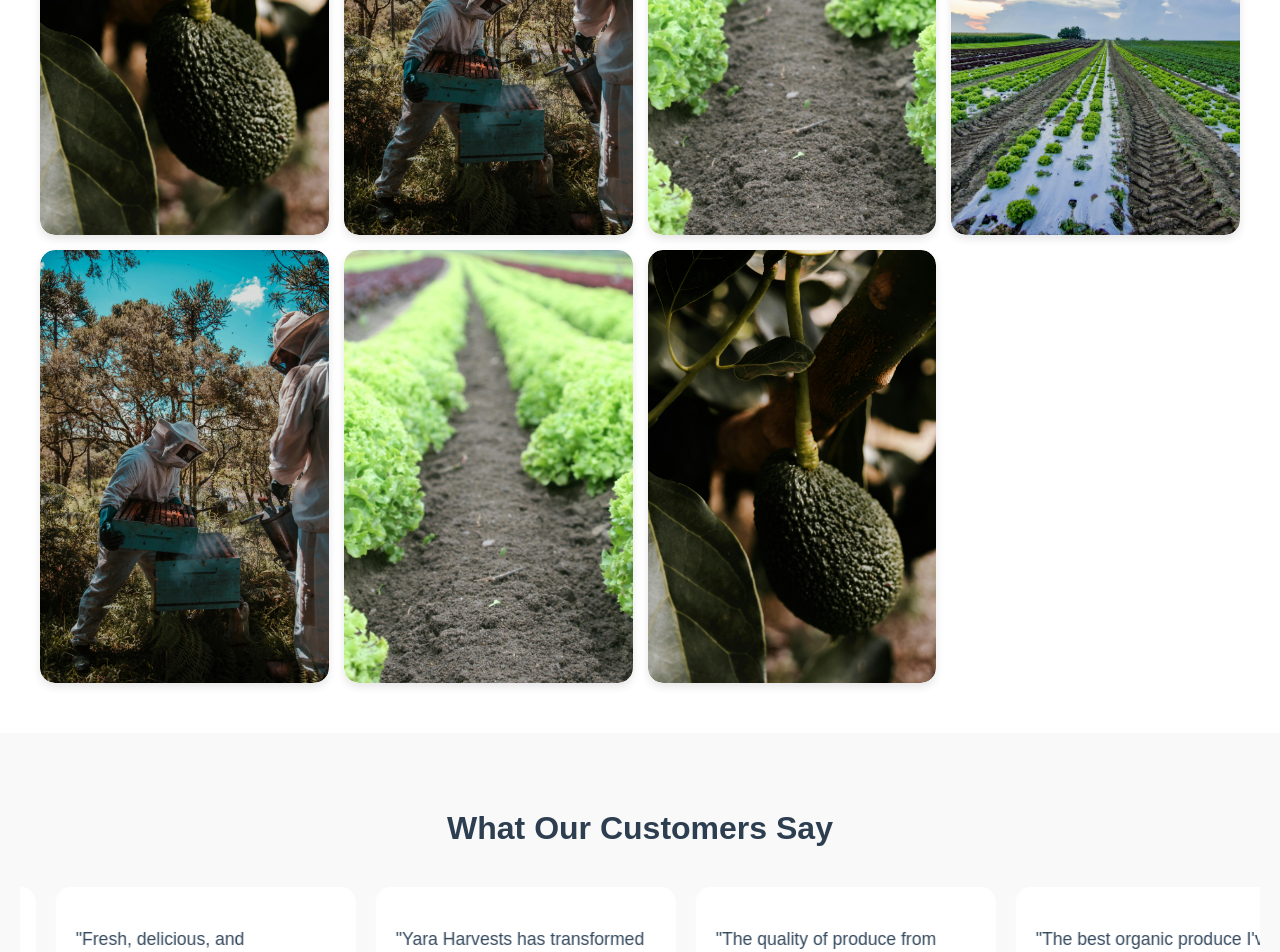
Repository: Kanyi-Manyara/yara-farm
Page: index.html
An editor plug-in stored every save of this project. The page is shown before and after the next save, followed by the edit.
The browser window is 1280 px wide. The pictures show the part of the page from y = 1691 to 2643 px (the page is 3678 px tall before and 4126 px after).

Above is the page before, as saved 2025-05-09 14:50:29.

After the next save:
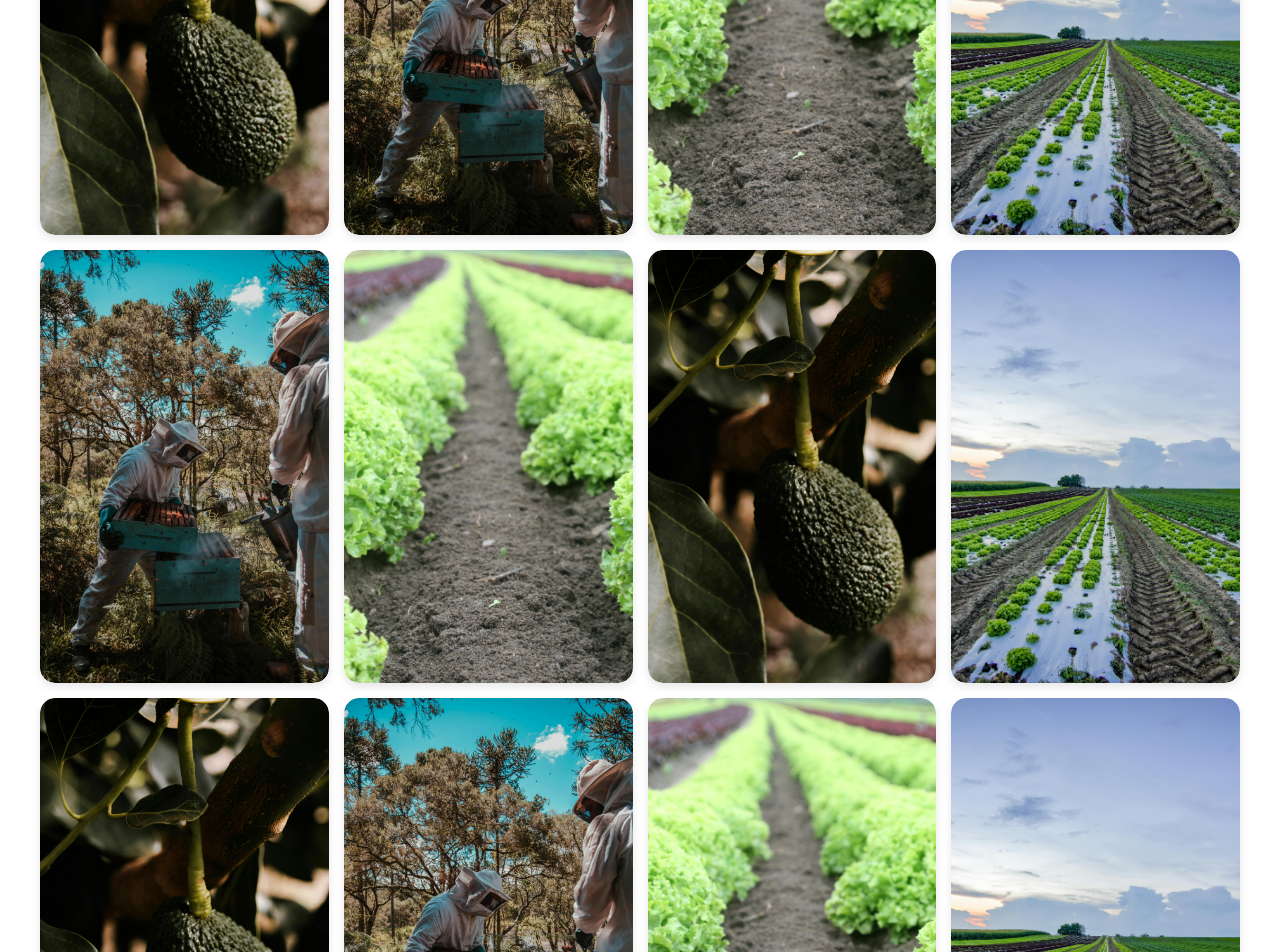
Saved 5 h 42 min later.
--- a/index.html
+++ b/index.html
@@ -89,34 +89,47 @@
   </section>
 
 <!-- gallery -->
-  <section id="gallery">
-    <h2>Explore Yara Harvests</h2>
-    <div class="gallery-grid">
-      <div class="gallery-item">
-        <img src="assets/avocado.jpg" alt="Farm Field">
-      </div>
-      <div class="gallery-item">
-        <img src="assets/bees.jpg" alt="Harvesting">
-      </div>
-      <div class="gallery-item">
-        <img src="assets/lettuce.jpg" alt="Fresh Produce">
-      </div>
-      <div class="gallery-item">
-        <img src="assets/seedbed.jpg" alt="Farm Animals">
-      </div>
-      <div class="gallery-item">
-        <img src="assets/bees.jpg" alt="Farm Sunset">
-      </div>
-      <div class="gallery-item">
-        <img src="assets/lettuce.jpg" alt="Farm Market">
-      </div>
-      <div class="gallery-item">
-        <img src="assets/avocado.jpg" alt="Farm Field">
-      </div>
-
-
-    </div>
-  </section>
+<section id="gallery">
+  <h2>Explore Yara Harvests</h2>
+  <div class="gallery-grid">
+    <div class="gallery-item">
+      <img src="assets/avocado.jpg" alt="Farm Field - Avocados">
+    </div>
+    <div class="gallery-item">
+      <img src="assets/bees.jpg" alt="Beekeeping - Sustainable Farming">
+    </div>
+    <div class="gallery-item">
+      <img src="assets/lettuce.jpg" alt="Fresh Produce - Organic Lettuce">
+    </div>
+    <div class="gallery-item">
+      <img src="assets/seedbed.jpg" alt="Seedbed Preparation">
+    </div>
+    <div class="gallery-item">
+      <img src="assets/bees.jpg" alt="Pollination - Bees at Work">
+    </div>
+    <div class="gallery-item">
+      <img src="assets/lettuce.jpg" alt="Harvested Lettuce">
+    </div>
+    <div class="gallery-item">
+      <img src="assets/avocado.jpg" alt="Avocado Harvest">
+    </div>
+    <div class="gallery-item">
+      <img src="assets/seedbed.jpg" alt="Sprouting Seeds">
+    </div>
+    <div class="gallery-item">
+      <img src="assets/avocado.jpg" alt="Ripe Avocados">
+    </div>
+    <div class="gallery-item">
+      <img src="assets/bees.jpg" alt="Honey Production">
+    </div>
+    <div class="gallery-item">
+      <img src="assets/lettuce.jpg" alt="Freshly Picked Lettuce">
+    </div>
+    <div class="gallery-item">
+      <img src="assets/seedbed.jpg" alt="Soil Preparation">
+    </div>
+  </div>
+</section>
 
 <!-- Testimonials Section -->
 <section id="testimonials">
